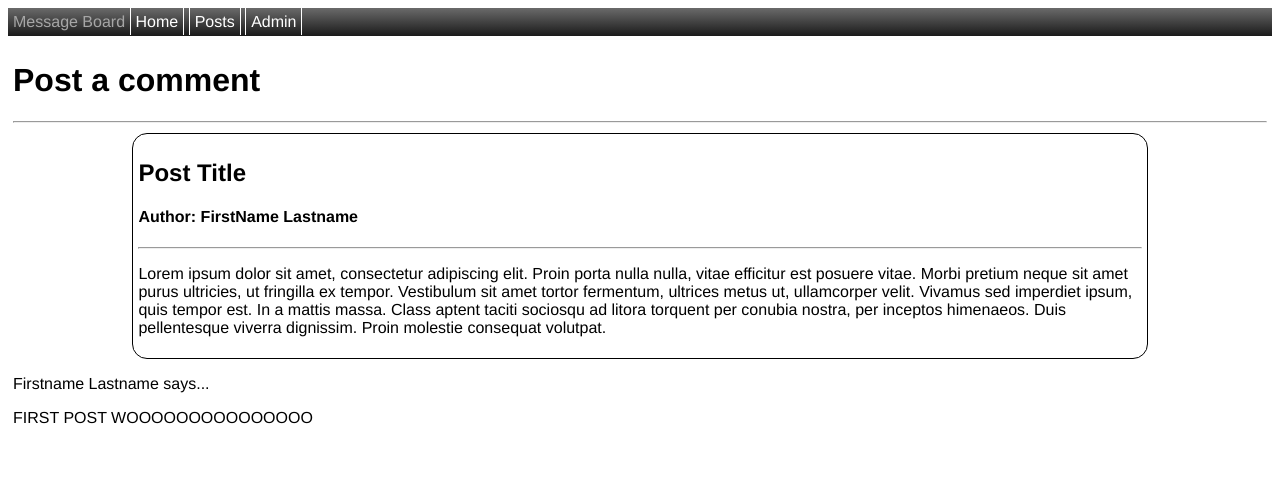
Repository: JesseFo/Whitespace
Page: http://localhost/whitespace/WEB-INF/comment.jsp
The author's editor kept a copy of each file at every save. The page is drawn from the files as they stood at one save, then again after the next save.
The browser window is 1280 px wide. The pictures show the whole page.
The page is served by Tomcat 9. Nobody is signed in. Other server files are loaded and not shown. The template is opened directly, without the code that normally fills it, so the values that code supplies are empty.

Above is the page before, as saved 2015-12-05 08:41:16.

### whitespace/WebContent/WEB-INF/comment.jsp
<%@ page language="java" contentType="text/html; charset=ISO-8859-1"
    pageEncoding="ISO-8859-1"%>
<!DOCTYPE html PUBLIC "-//W3C//DTD HTML 4.01 Transitional//EN" "http://www.w3.org/TR/html4/loose.dtd">
<html>
	<head>
		<meta http-equiv="Content-Type" content="text/html; charset=ISO-8859-1">
		<title>Posts</title>
		<link rel="stylesheet" type="text/css" href="main.css">
	</head>
	<body>
		<div id="wrapper">
			<nav>
				Message Board
				<a href="#">Home</a>
				<a href="posts.jsp">Posts</a>
				<a href="#">Admin</a>
			</nav>

			<div id="content">
				<h1>Post a comment</h1>
				<hr />

				<div class="post">
					<h2>Post Title</h2>
					<h4>Author: FirstName Lastname</h4>
					<hr />
					<p>Lorem ipsum dolor sit amet, consectetur adipiscing elit. Proin porta nulla nulla, vitae efficitur est posuere vitae. Morbi pretium neque sit amet purus ultricies, ut fringilla ex tempor. Vestibulum sit amet tortor fermentum, ultrices metus ut, ullamcorper velit. Vivamus sed imperdiet ipsum, quis tempor est. In a mattis massa. Class aptent taciti sociosqu ad litora torquent per conubia nostra, per inceptos himenaeos. Duis pellentesque viverra dignissim. Proin molestie consequat volutpat.</p>
				</div>

				<div class="comment">
					<p>Firstname Lastname says...</p>
					<p>FIRST POST WOOOOOOOOOOOOOOO</p>
				</div>
			</div>
		</div>
	</body>
</html>

### whitespace/WebContent/WEB-INF/main.css
@CHARSET "ISO-8859-1";

#wrapper
{
	font-family: Helvetica, Arial, sans-serif;
}

nav
{
  background: -webkit-linear-gradient(#6A6A6A, #1A1A1A); /* For Safari 5.1 to 6.0 */
  background: -o-linear-gradient(#6A6A6A, #1A1A1A); /* For Opera 11.1 to 12.0 */
  background: -moz-linear-gradient(#6A6A6A, #1A1A1A); /* For Firefox 3.6 to 15 */
  background: linear-gradient(#6A6A6A, #1A1A1A); /* Standard syntax */
  color: #A6A6A6;
  padding: 5px
}

nav > a
{
	text-decoration: none;
	color: white;
	padding: 5px;
	border-left: 1px solid white;
	border-right: 1px solid white;
	margin: 0;
}

#content
{
	padding: 5px;
}

td
{
	padding-right: 5px;
}

.formlabel
{
	text-align: right;
}

.post
{
	border: 1px solid black;
	border-radius: 15px;
	width: 80%;
	padding: 5px;
	margin: 10px auto;
}

After the next save:
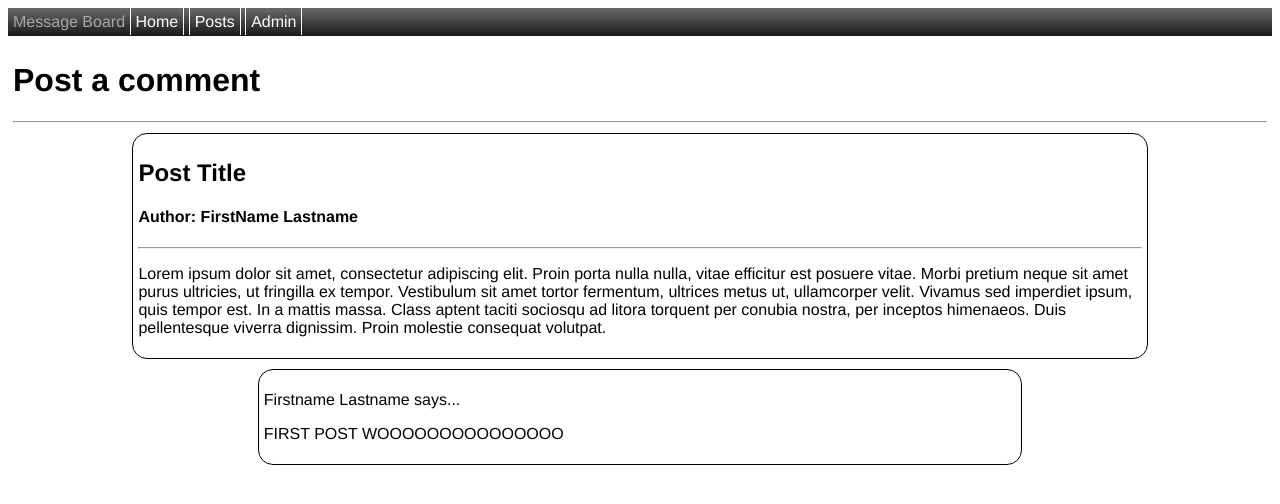
Saved 14 s later.
--- a/whitespace/WebContent/WEB-INF/main.css
+++ b/whitespace/WebContent/WEB-INF/main.css
@@ -48,3 +48,12 @@ td
 	padding: 5px;
 	margin: 10px auto;
 }
+
+.comment
+{
+	border: 1px solid black;
+	border-radius: 15px;
+	width: 60%;
+	padding: 5px;
+	margin: 10px auto;
+}
